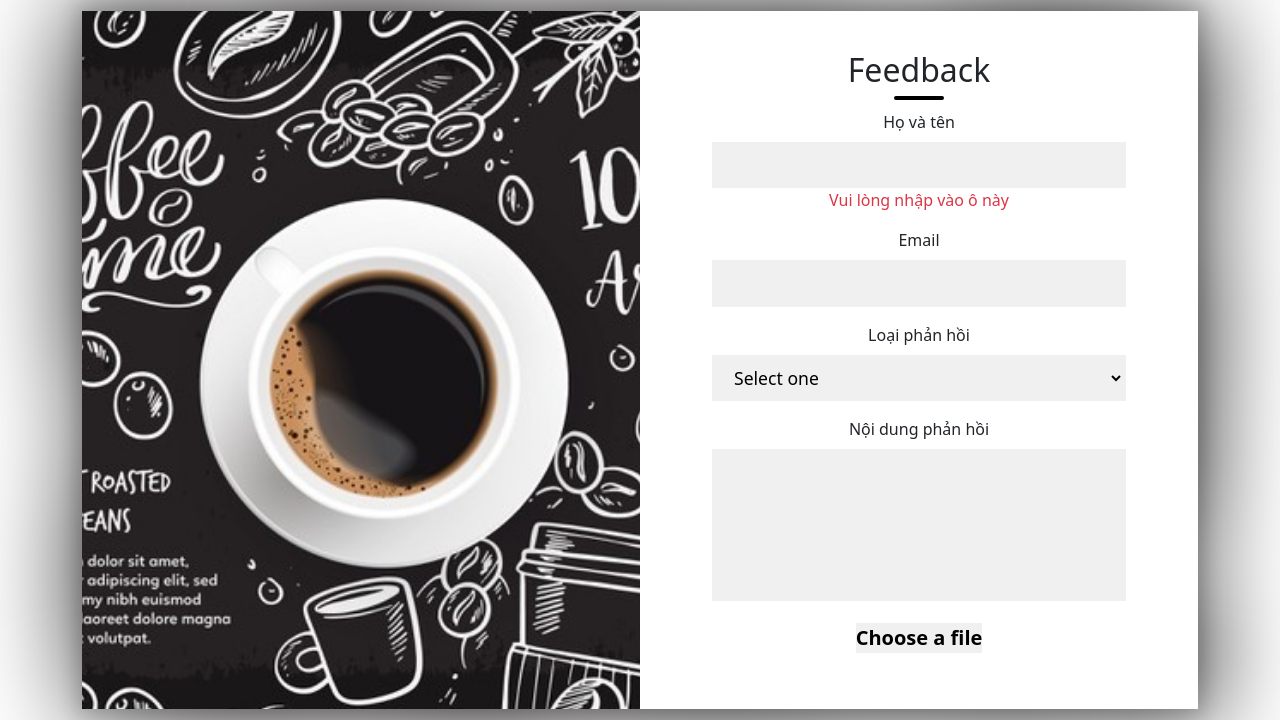
Repository: LeDongGyC/html-css
Page: HTML CSS/prototype/index.html
These files come from the project's save history. The page is drawn as it stood at one moment and after the next save; the edit follows.
The browser window is 1280 px wide. The pictures show the whole page.
The style sheet was rebuilt from its Sass, Less or Tailwind sources for each picture, by a compiler version that may differ from the author's.

Above is the page before, as saved 2023-05-24 10:33:32.

### HTML CSS/prototype/index.html
<!doctype html>
<html lang="en">

<head>
  <title>Title</title>
  <!-- Required meta tags -->
  <meta charset="utf-8">
  <meta name="viewport" content="width=device-width, initial-scale=1, shrink-to-fit=no">
  <link rel="stylesheet" href="style.css">
  <link rel="stylesheet" href="reset.css">
  <!-- <script src="index.js"></script> Bootstrap CSS v5.2.1 -->
  <script>
    var inputs = document.querySelectorAll('.inputfile');
    Array.prototype.forEach.call(inputs, function (input) {
      var label = input.nextElementSibling,
        labelVal = label.innerHTML;
      input.addEventListener('change', function (e) {
        var fileName = '';
        if (this.files && this.files.length > 1)
          fileName = (this.getAttribute('data-multiple-caption') || '').replace('{count}', this.files.length);
        else
          fileName = e.target.value.split('\\').pop();

        if (fileName)
          label.querySelector('span').innerHTML = fileName;
        else
          label.innerHTML = labelVal;
      });
    });
  </script>
  <link href="https://cdn.jsdelivr.net/npm/bootstrap@5.2.1/dist/css/bootstrap.min.css" rel="stylesheet"
    integrity="sha384-iYQeCzEYFbKjA/T2uDLTpkwGzCiq6soy8tYaI1GyVh/UjpbCx/TYkiZhlZB6+fzT" crossorigin="anonymous">

</head>

<body>
  <div class="container">
    <div class="feedback-box">
      <div class="feedback-box_left"></div>
      <div class="feedback-box_right">
        <h2 class="feedback-box_right-title">Feedback</h2>
        <div class="mb-3">
          <label for="name" class="form-label">Họ và tên</label>
          <input type="text" class=" feedback-box_right-item" name="" id="name" aria-describedby="helpId"
            placeholder="">
            <span class="text-danger">Vui lòng nhập vào ô này</span>
        </div>
        <div class="mb-3">
          <label for="email" class="form-label">Email</label>
          <input type="text" class=" feedback-box_right-item" name="" id="email" aria-describedby="helpId"
            placeholder="">
        </div>
        <div class="mb-3">
          <label for="" class="form-label">Loại phản hồi</label>
          <select class="feedback-box_right-item " name="" id="">
            <option selected disabled>Select one</option>
            <option value="" class="feedback-box_right-item-selected">Option 1</option>
            <option value="" class="feedback-box_right-item-selected">Option 2</option>
            <option value="" class="feedback-box_right-item-selected">Option 3</option>
          </select>
        </div>
        <div class="mb-3">
          <label for="feedback" class="form-label">Nội dung phản hồi</label>
          <textarea type="" class=" feedback-box_right-item" name="" id="feedback" aria-describedby="helpId"
            placeholder="" rows="5"></textarea>
        </div>
        <div class="mb-3">
          <input type="file" name="file" id="file" class="inputfile" data-multiple-caption="{count} files selected"
            multiple />
          <label for="file">Choose a file</label>
        </div>
      </div>
    </div>
  </div>
  <!-- Bootstrap JavaScript Libraries -->
  <!-- <script src="https://cdn.jsdelivr.net/npm/@popperjs/core@2.11.6/dist/umd/popper.min.js"
    integrity="sha384-oBqDVmMz9ATKxIep9tiCxS/Z9fNfEXiDAYTujMAeBAsjFuCZSmKbSSUnQlmh/jp3" crossorigin="anonymous">
    </script>

  <script src="https://cdn.jsdelivr.net/npm/bootstrap@5.2.1/dist/js/bootstrap.min.js"
    integrity="sha384-7VPbUDkoPSGFnVtYi0QogXtr74QeVeeIs99Qfg5YCF+TidwNdjvaKZX19NZ/e6oz" crossorigin="anonymous">
    </script> -->
</body>

</html>

### HTML CSS/prototype/style.scss
* {
  box-sizing: border-box;
}
html {
  font-size: 62.5%;
}
body {
  font-size: 1.6rem;
  font-family: "Arial", sans-serif;
  font-weight: normal;
  height: 100vh;
  width: 100%;
}
.container {
  position: relative;
  width: 100%;
  height: 100%;
  display: flex;
  justify-content: center;
  align-items: center;
  padding: 2rem 10rem;
  &::after {
    position: sticky;
    content: "";
    position: absolute;
    width: 100%;
    height: 100%;
    left: 0;
    top: 0;
    background: url("cafe.jpg") no-repeat center;
    background-size: cover;
    filter: blur(50px);
    z-index: -1;
  }
}
.feedback-box {
  max-width: 85rem;
  // min-width: 70vw;
  display: grid;
  grid-template-columns: repeat(2, 1fr);
  justify-content: center;
  align-items: center;
  text-align: center;
  background-color: #fff;
  box-shadow: 0px 0px 19px 5px rgba(0, 0, 0, 0.19);
  &_left {
    background: url("cafe.jpg") no-repeat center;
    display: block;
    background-size: cover;
    // object-fit: cover;
    height: 100%;
  }
  &_right {
    padding: 2.5rem 4.5rem;
    &-title {
      position: relative;
      padding: 0 0 10px;
      margin-bottom: 10px;
      &::after {
        content: "";
        position: absolute;
        left: 50%;
        bottom: 0;
        transform: translateX(-50%);
        height: 4px;
        width: 50px;
        border-radius: 2px;
        background-color: black;
      }
    }
    &-item {
      width: 100%;
      border: 2px solid rgba(0, 0, 0, 0);
      outline: none;
      background-color: rgba(230, 230, 230, 0.6);
      padding: 0.5rem 1rem;
      font-size: 1.1rem;
      //   margin-bottom: 22px;
      transition: 0.3s;
      &:hover {
        background-color: rgba(0, 0, 0, 0.1);
      }
      &:focus {
        border: 2px solid rgba(30, 85, 250, 0.47);
        background-color: #fff;
      }
      &:last-child {
        resize: none;
      }
    }
  }
}
.inputfile {
  width: 0.1px;
  height: 0.1px;
  opacity: 0;
  overflow: hidden;
  position: absolute;
  z-index: -1;
}
.inputfile + label {
  font-size: 1.25em;
  font-weight: 700;
  color: black;
  background-color: rgba(230, 230, 230, 0.6);
  display: inline-block;
  cursor: pointer;
}

.inputfile:focus + label,
.inputfile + label:hover {
  color: rgba(30, 85, 250, 0.47);
  background-color: rgba(0, 0, 0, 0.1);
}

Loaded but not shown: HTML CSS/prototype/reset.css (common file)

After the next save:
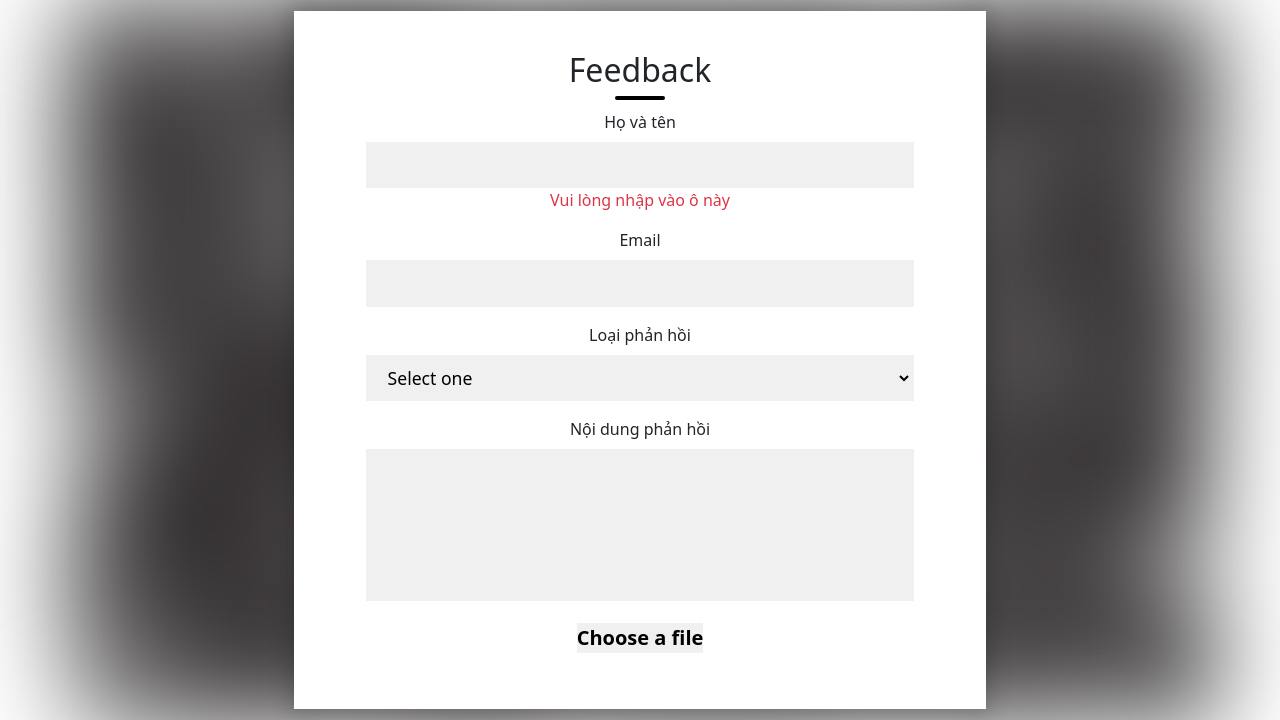
Saved 8 s later.
--- a/HTML CSS/prototype/style.scss
+++ b/HTML CSS/prototype/style.scss
@@ -37,7 +37,7 @@
   max-width: 85rem;
   // min-width: 70vw;
   display: grid;
-  grid-template-columns: repeat(2, 1fr);
+  // grid-template-columns: repeat(2, 1fr);
   justify-content: center;
   align-items: center;
   text-align: center;

After the save that followed:
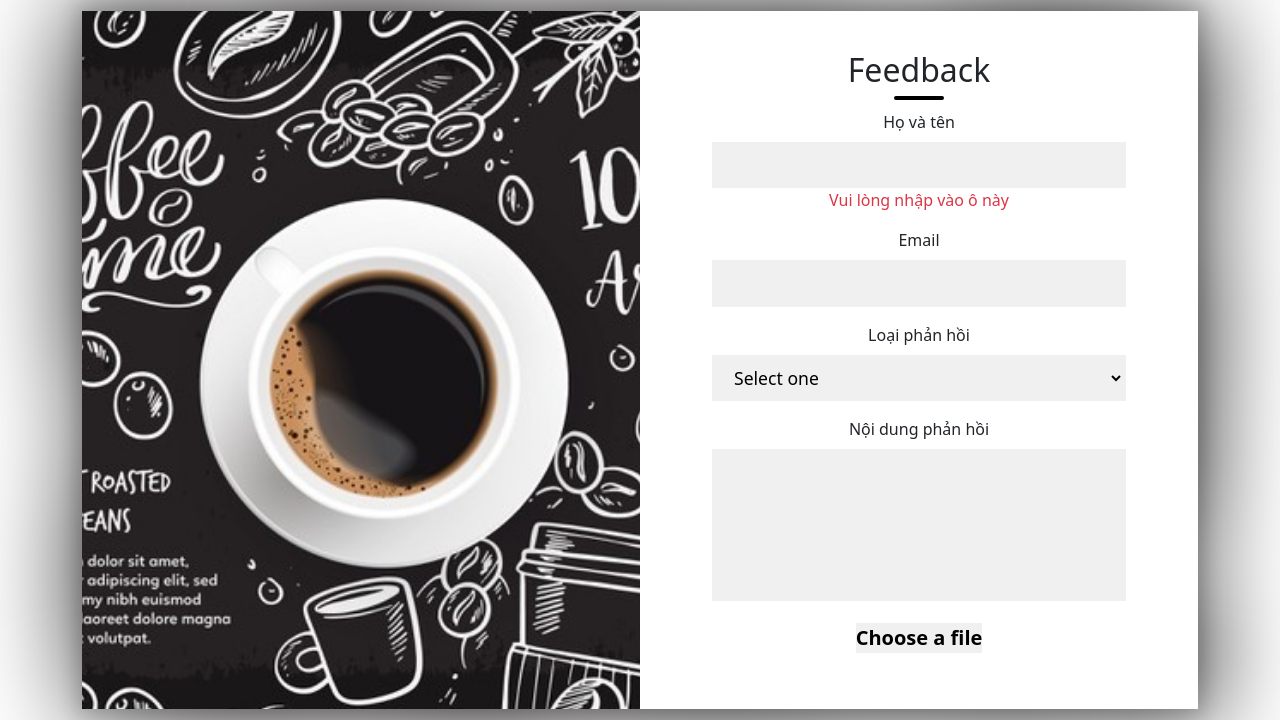
Saved 4 s later.
--- a/HTML CSS/prototype/style.scss
+++ b/HTML CSS/prototype/style.scss
@@ -37,7 +37,7 @@
   max-width: 85rem;
   // min-width: 70vw;
   display: grid;
-  // grid-template-columns: repeat(2, 1fr);
+  grid-template-columns: repeat(2, 1fr);
   justify-content: center;
   align-items: center;
   text-align: center;
